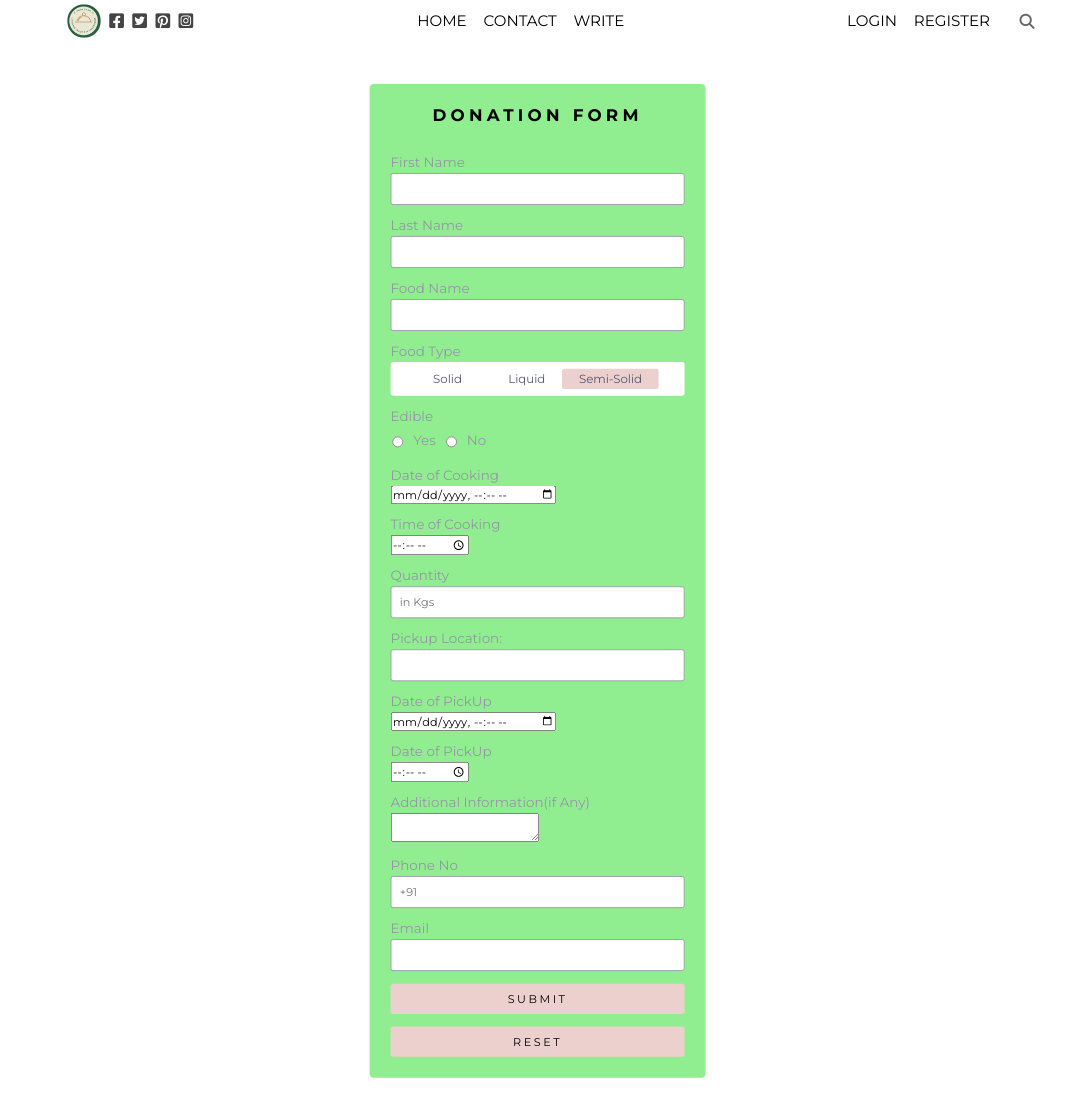
Repository: blsnabrhm/anna-daan
Page: /Contact (app in client/)
These files come from the project's save history. The page is drawn as it stood at one moment and after a run of saves; the edit follows.
The browser window is 1280 px wide. The pictures show the whole page, at 84% of full size.
Some web libraries are served in a nearby version. The project was rebuilt for these pictures with package versions that can differ from the ones it lists, and the page was loaded fresh each time. Also part of the build but not shown: client/src/components/header/header.css, client/src/components/header/Header.jsx, client/src/components/posts/posts.css, client/src/components/posts/Posts.jsx, client/src/components/sidebar/sidebar.css, client/src/components/sidebar/SideBar.jsx, client/src/pages/home/home.css, client/src/pages/home/Home.jsx and 13 more. Imported but missing from the stored project, and not drawn on this page: client/src/components/post/Post.

Above is the page before, as saved 2022-04-22 09:21:17.

### client/public/index.html
<!DOCTYPE html>
<html lang="en">
  <head>
    <meta charset="utf-8" />
    <link rel="icon" href="%PUBLIC_URL%/favicon.ico" />
    <meta name="viewport" content="width=device-width, initial-scale=1" />
    <meta name="theme-color" content="#000000" />
    <meta
      name="description"
      content="Web site created using create-react-app"
    />
    <link rel="preconnect" href="https://fonts.googleapis.com">
    <link rel="preconnect" href="https://fonts.gstatic.com" crossorigin>
    <link href="https://fonts.googleapis.com/css2?family=Josefin+Sans:wght@100;200;300;400;500;600;700&family=Lora:ital@0;1&family=Varela&family=Varela+Round&display=swap" rel="stylesheet">
    <link rel="stylesheet" href="https://cdnjs.cloudflare.com/ajax/libs/font-awesome/6.1.1/css/all.min.css" integrity="sha512-KfkfwYDsLkIlwQp6LFnl8zNdLGxu9YAA1QvwINks4PhcElQSvqcyVLLD9aMhXd13uQjoXtEKNosOWaZqXgel0g==" crossorigin="anonymous" referrerpolicy="no-referrer" />
    <style>*{
      margin: 0;
    }</style>
    <style>
      .link {
        text-decoration: none;
        color: inherit;
      }
    </style>
    <title>Anna Daan</title>
  </head>
  <body>
    <noscript>You need to enable JavaScript to run this app.</noscript>
    <div id="root"></div>

  </body>
</html>

### client/src/index.js
import React from 'react';
import ReactDOM from 'react-dom/client';
import App from './App';
import { ContextProvider } from './context/Context';

const root = ReactDOM.createRoot(document.getElementById('root'));
root.render(
  <React.StrictMode>
    <ContextProvider>
    <App />
    </ContextProvider>
  </React.StrictMode>
);

### client/src/App.js
import Home from "./pages/home/Home";
import TopBar from "./components/topbar/TopBar";
import Single from "./pages/single/Single";
import Write from "./pages/write/Write";
import Settings from "./pages/settings/Settings";
import Login from "./pages/login/Login";
import Register from "./pages/register/Register";
import Contact from "./pages/contact/Contact";
import { BrowserRouter as Router, Switch, Route, Link } from "react-router-dom";
import { useContext } from "react";
import { Context } from "./context/Context";

function App() {
  const { user } = useContext(Context);
  return (
    <Router>
      <TopBar />
      <Switch>
        <Route exact path="/">
          <Home />
        </Route>
        <Route path="/register">{user ? <Home /> : <Register />}</Route>
        <Route path="/login">{user ? <Home /> : <Login />}</Route>
        <Route path="/Contact">{user ? <Contact />: <Contact/> }</Route>
        <Route path="/write">{user ? <Write /> : <Register />}</Route>
        <Route path="/settings">{user ? <Settings /> : <Register />}</Route>
        <Route path="/post/:postId">
          <Single />
        </Route>
      </Switch>
    </Router>
  );
}

export default App;

### client/src/context/Context.js
import { createContext, useEffect, useReducer } from "react";
import Reducer from "./Reducer";

const INITIAL_STATE = {
  user: JSON.parse(localStorage.getItem("user")) || null,
  isFetching: false,
  error: false,
};

export const Context = createContext(INITIAL_STATE);

export const ContextProvider = ({ children }) => {
  const [state, dispatch] = useReducer(Reducer, INITIAL_STATE);

  useEffect(() => {
    localStorage.setItem("user", JSON.stringify(state.user));
  }, [state.user]);

  return (
    <Context.Provider
      value={{
        user: state.user,
        isFetching: state.isFetching,
        error: state.error,
        dispatch,
      }}
    >
      {children}
    </Context.Provider>
  );
};

### client/src/components/topbar/TopBar.jsx
import { useContext } from "react";
import { Link } from "react-router-dom";
import { Context } from "../../context/Context";
import "./topbar.css";

export default function TopBar() {
  const { user, dispatch } = useContext(Context);
  const PF = "http://localhost:3000/images/"

  const handleLogout = () => {
    dispatch({ type: "LOGOUT" });
  };
  return (
    <div className="top">
      <div className="topLeft">
        <img className="topImg topLogo" src={require('../../assets/Anna_Daan.png')} alt="" />
        <i className="topIcon fab fa-facebook-square"></i>
        <i className="topIcon fab fa-twitter-square"></i>
        <i className="topIcon fab fa-pinterest-square"></i>
        <i className="topIcon fab fa-instagram-square"></i>
      </div>
      <div className="topCenter">
        <ul className="topList">
          <li className="topListItem">
            <Link className="link" to="/" >
              HOME
            </Link>
          </li>
          <li className="topListItem">
            <Link className="link" to="/contact" >
              CONTACT
            </Link>
          </li>
          <li className="topListItem">
            <Link className="link" to="/write">
              WRITE
            </Link>
          </li>
          <li className="topListItem" onClick={handleLogout}>
            {user && "LOGOUT"}
          </li>
        </ul>
      </div>
      <div className="topRight">
        {user ? (
          <Link to="/settings">
            <img className="topImg" src={PF+user.profilePic} alt="" />
          </Link>
        ) : (
          <ul className="topList">
            <li className="topListItem">
              <Link className="link" to="/login" >
                LOGIN
              </Link>
            </li>
            <li className="topListItem">
              <Link className="link" to="/register">
                REGISTER
              </Link>
            </li>
          </ul>
        )}
        <i className="topSearchIcon fas fa-search"></i>
      </div>
    </div>
  );
}

### client/src/pages/contact/Contact.jsx
import './contact.css'

export default function Contact() {
    return (
    <div className='contact'>
        <div class="registration_form">
		<div class="title">
			Donation Form
		</div>

		<form>
			<div class="form_wrap">
                <div className="input_wrap">
					<label for="fname">First Name</label>
					<input type="text" id="email"/>
				</div>
				<div className="input_wrap">
					<label for="lname">Last Name</label>
					<input type="text" id="email"/>
				</div>
                <div >

                </div>

                <div className="input_wrap">
					<label for="fname">Food Name</label>
					<input type="text" id="email"/>
				</div>
                <div className="input_wrap">
					<label>Food Type</label>
					<ul>
						<li>
							<label className="radio_wrap">
								<input type="radio" name="gender" value="male" className="input_radio" checked/>
								<span>Solid</span>
							</label>
						</li>
						<li>
							<label className="radio_wrap">
								<input type="radio" name="gender" value="female" className="input_radio"/>
								<span>Liquid</span>
							</label>
						</li>
                        <li>
							<label className="radio_wrap">
								<input type="radio" name="gender" value="male" className="input_radio" checked/>
								<span>Semi-Solid</span>
							</label>
						</li>
					</ul>
				</div>
                <div className="input_wrap">
                    <label className='edi' for="edible">Edible</label>
                    <div className='edible'>
                    <input className='edible' type="radio" id="y" name='edible'/>
                    <label className='edible' for="edible">Yes  </label>
                    <input className='edible' type="radio" id="n" name='edible'/>
                    <label className='edible' for="edible">No  </label>
                    </div>
                </div>
                <div className='input_wrap'>
                    <label for="dot">Date of Cooking</label>
					<input type="datetime-local" id="dot" class="ta"/>
                </div>
                <div className='input_wrap'>
                    <label for="dot">Time of Cooking</label>
					<input type="time" id="dot" class="ta"/>
                </div>
                <div className='input_wrap'>
                    <label for="quant">Quantity</label>
					<input type="number" id="quant" placeholder="in Kgs"/>
                </div>
                <div className='input_wrap'>
                    <label for="loc">Pickup Location:</label>
					<input type="text" id="loc" class="ta"/>
                </div>
                <div className='input_wrap'>
                    <label for="pick">Date of PickUp</label>
					<input type="datetime-local" id="pick"/>
                </div>
                <div className='input_wrap'>
                    <label for="pick">Date of PickUp</label>
					<input type="time" id="pick"/>
                </div>
                <div className='input_wrap'>
                    <label>Additional Information(if Any)</label>
					<textarea class="txta" for="ta"></textarea>
                </div>
				<div className="input_wrap">
					<label for="city">Phone No</label>
					<input type="tel" id="city" placeholder="+91"/>
				</div>
				<div className="input_wrap">
					<label for="country">Email</label>
					<input type="text" id="country"/>
				</div>
				<div className="input_wrap">
					<input type="submit" value="Submit" className="submit_btn"/>
				</div>
        <div className="input_wrap">
					<input type="submit" value="Reset" className="submit_btn"/>
				</div>
			</div>
		</form>
	</div>
    </div>
    )
}

### client/src/context/Reducer.js
const Reducer = (state, action) => {
  switch (action.type) {
    case "LOGIN_START":
      return {
        user: null,
        isFetching: true,
        error: false,
      };
    case "LOGIN_SUCCESS":
      return {
        user: action.payload,
        isFetching: false,
        error: false,
      };
    case "LOGIN_FAILURE":
      return {
        user: null,
        isFetching: false,
        error: true,
      };
      case "UPDATE_START":
        return {
          ...state,
          isFetching:true
        };
      case "UPDATE_SUCCESS":
        return {
          user: action.payload,
          isFetching: false,
          error: false,
        };
      case "UPDATE_FAILURE":
        return {
          user: state.user,
          isFetching: false,
          error: true,
        };
    case "LOGOUT":
      return {
        user: null,
        isFetching: false,
        error: false,
      };
    default:
      return state;
  }
};

export default Reducer;

### client/src/components/topbar/topbar.css
.top {
    width: 100%;
    height: 50px;
    background-color: white;
    position: sticky;
    top: 0;
    display: flex;
    align-items: center;
    font-family: "Josefin Sans", sans-serif;
    z-index: 999;
  }

  .topLeft,
  .topRight {
    flex: 3;
    display: flex;
    align-items: center;
    justify-content: center;
  }

  .topCenter {
    flex: 6;
  }

  .topLogo {
    margin-right: 10px;
  }

  .topIcon {
    font-size: 20px;
    margin-right: 10px;
    color: #444;
    cursor: pointer;
  }

  .topImg {
    width: 40px;
    height: 40px;
    border-radius: 50%;
    object-fit: cover;
    cursor: pointer;
  }

  .topList {
    display: flex;
    justify-content: center;
    margin: 0;
    padding: 0;
    list-style: none;
  }

  .topListItem {
    margin-right: 20px;
    font-size: 18px;
    font-weight: 300;
    cursor: pointer;
  }

  .topSearchIcon {
    font-size: 18px;
    color: #666;
    cursor: pointer;
    margin-left: 15px;
  }

### client/src/pages/contact/contact.css
@import url('https://fonts.googleapis.com/css2?family=Montserrat:wght@400;700&display=swap');

*{
	margin: 0;
	padding: 0;
	box-sizing: border-box;
	list-style: none;
	font-family: 'Montserrat', sans-serif;
}

.contact {
    display: flex;
    align-items: center;
    justify-content: center;
    margin: 50px 0;
}


.edible {
    display: flex;
    flex-wrap: wrap;
    margin-top: 3px;
    margin-right: 10px;
    padding: 2px;
}

.wrapper{
	min-height: 100vh;
	display: flex;
	justify-content: center;
	align-items: center;
}

.registration_form{
	background: lightgreen;
	padding: 25px;
	border-radius: 5px;
	width: 400px;
}

.registration_form .title{
	text-align: center;
	font-size: 20px;
	text-transform: uppercase;
	color: #000000;
	letter-spacing: 5px;
	font-weight: 700;
}

.form_wrap{
	margin-top: 35px;
}

.form_wrap .input_wrap{
	margin-bottom: 15px;
}

.form_wrap .input_wrap:last-child{
	margin-bottom: 0;
}

.form_wrap .input_wrap label{
	display: block;
	margin-bottom: 3px;
	color: #9597a6;
}
.form_wrap .input_grp  input[type="text"] ,input[type="number"]{
	width: 165px;
}

.form_wrap  input[type="text"], input[type="number"], input[type="tel"]{
	width: 100%;
	border-radius: 3px;
	border: 1px solid #9597a6;
	padding: 10px;
	outline: none;
}

.form_wrap  input[type="text"]:focus{
	border-color: #ebd0ce;
}

.form_wrap ul{
	background: #fff;
	padding: 8px 10px;
	border-radius: 3px;
	display: flex;
	justify-content: center;
}

.form_wrap ul li:first-child{
	margin-right: 15px;
}
.form_wrap ul .radio_wrap{
	position: relative;
	margin-bottom: 0;
}

.form_wrap ul .radio_wrap .input_radio{
	position: absolute;
	top: 0;
	right: 0;
	opacity: 0;
}

.form_wrap ul .radio_wrap span{
	display: inline-block;
	font-size: 14px;
	padding: 3px 20px;
	border-radius: 3px;
	color: #545871;
}

.form_wrap .input_radio:checked ~ span{
	background: #ebd0ce;
}

.form_wrap .submit_btn{
	width: 100%;
	background: #ebd0ce;
	padding: 10px;
	border: 0;
	border-radius: 3px;
	text-transform: uppercase;
	letter-spacing: 3px;
	cursor: pointer;
}

.form_wrap .submit_btn:hover{
	background: #ffd5d2;
}

After the next 2 saves:
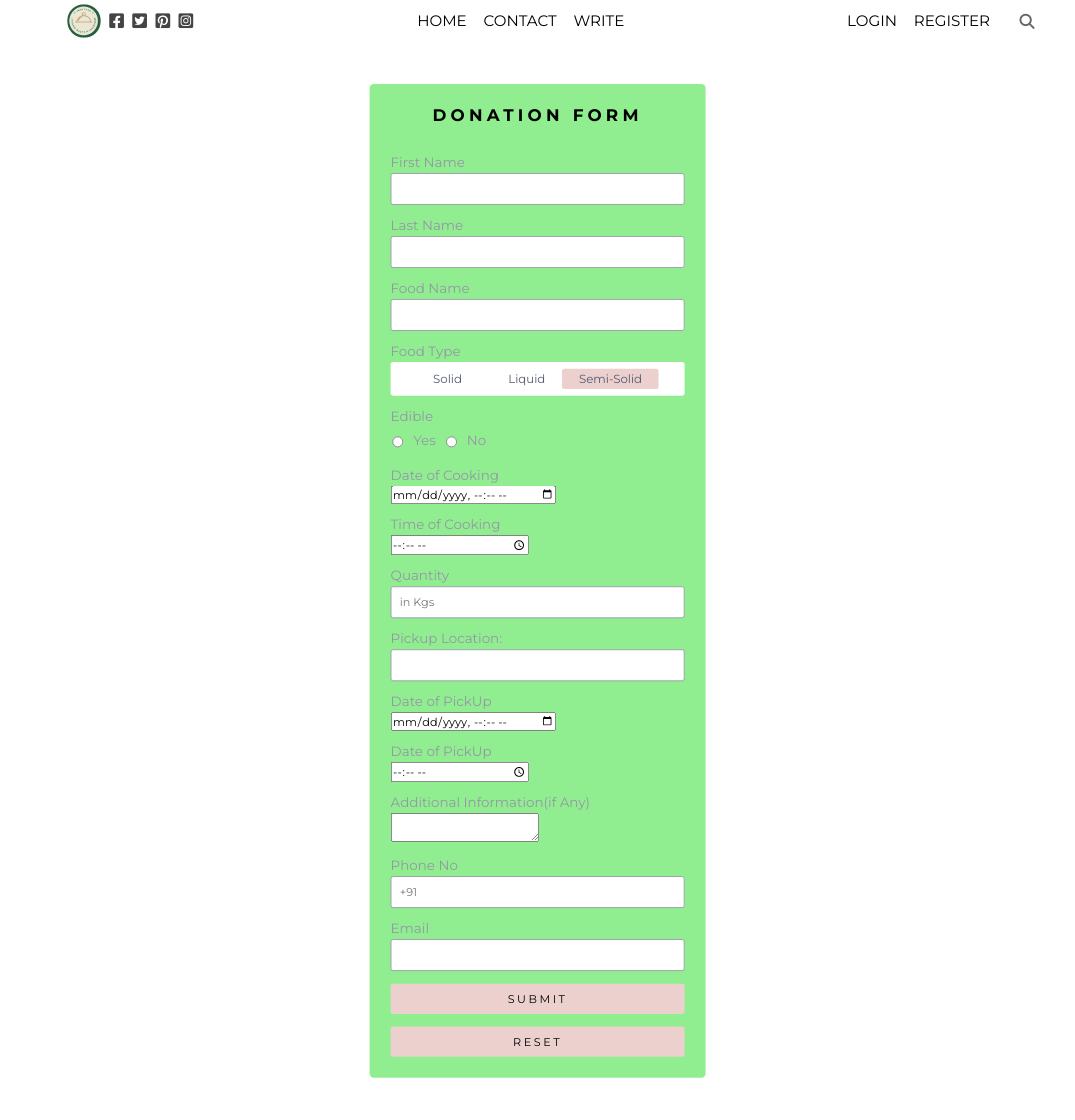
The 2 saves are shown as one change because they came seconds apart.
The last was saved 4 min 27 s later.
--- a/client/src/pages/contact/contact.css
+++ b/client/src/pages/contact/contact.css
@@ -64,7 +64,7 @@
 	margin-bottom: 3px;
 	color: #9597a6;
 }
-.form_wrap .input_grp  input[type="text"] ,input[type="number"]{
+.form_wrap .input_grp  input[type="text"] ,input[type="number"], input[type="time"] {
 	width: 165px;
 }
 
